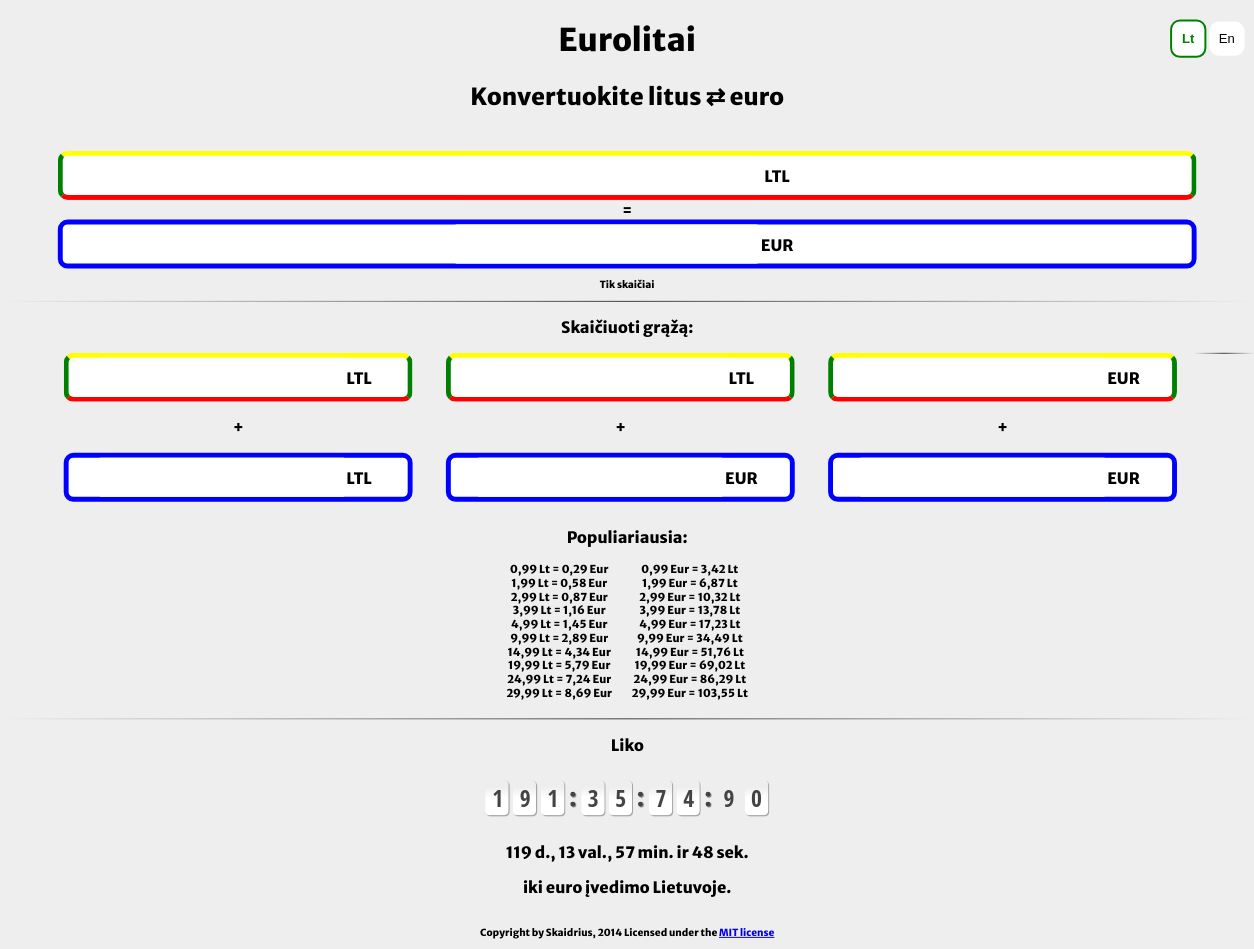
Repository: Skaidrius/eurolitai
Page: index.html
The author's editor kept a record of every edit. The page is drawn from the files as they stood at one moment, then again after the next edit.
The browser window is 1280 px wide. The pictures show the whole page, at 98% of full size.
Some web libraries are served in a nearby version.

Above is the page before.

### index.html
<!DOCTYPE html>
<html>
  <head>
    <meta charset="utf-8">
    <meta http-equiv="X-UA-Compatible" content="IE=edge,chrome=1">
    <title>Eurolitai</title>
    <meta name="title" content="Eurolitai">
    <meta name="description" content="litų į/iš euro konverteris convert LTL to/from EUR">
    <meta name="viewport" content="width=device-width" scallable="1">
    <link rel="stylesheet" type="text/css" href="style/style.css">

  </head>
  <body class="body">
    <!--calculate LTL <> Eur-->
    <div>
      <h1 class="center">Eurolitai</h1>
        <div class = "languages ">
          <button id="lithuanian" class="button round">Lt</button>
          <button id="english" class="button round">En</button>
        </div>
      <h2 class="center"><span class="lithuanian">Konvertuokite litus &#8644; euro<br> </span><span class="english">Easy convert LTL &#8644; EUR</span></h2><br>
    </div>
    <form class="form center">
      <!--LT box-->
      <div class="box lt round">
        <input class="input center" type="number" id="lt" name="lt">
        <label class="money" for="lt">LTL</label>
      </div>

      <div>&#61;<div>
      <!--En box-->
      <div class="box eur round">
        <input class="input center" type="number" id="eur" name="eur">
        <label class="money" for="eur">EUR</label>
      </div>

      <div id="error" class="alert">
        <p><span class="lithuanian">Tik skaičiai </span><span class="english"> Only numbers</span></p>
      </div>
    </form>
    <hr>
    <!--calculate change-->
    <div class="change">
      <div>
        <p><span class="lithuanian">Skaičiuoti grąžą: </span><span class="english"> Calculate change:</span></p>
        <div id="changeCalculator">
          <div class="third">
            <div class="box lt round">
              <input class="input center" type="number" id="changeLtLt1" name="lt">
              <label class="money" for="lt">LTL</label>
            </div>
            <p>+</p>
            <div class="box eur round">
              <input class="input center" type="number" id="changeLtLt2" name="lt">
              <label class="money" for="lt">LTL</label>
            </div>
          </div>
          <div class="third">
            <div class="box lt round">
              <input class="input center" type="number" id="changeLt" name="lt">
              <label class="money" for="lt">LTL</label>
            </div>
            <p>+</p>
            <div class="box eur round">
              <input class="input center" type="number" id="changeEur" name="eur">
              <label class="money" for="eur">EUR</label>
            </div>
          </div>
          <div class="third">
            <div class="box lt round">
              <input class="input center" type="number" id="changeEurEur1" name="eur">
              <label class="money" for="eur">EUR</label>
            </div>
            <p>+</p>
            <div class="box eur round">
              <input class="input center" type="number" id="changeEurEur2" name="eur">
              <label class="money" for="eur">EUR</label>
            </div>
          </div>
        </div>
      </div>

      <!--explain change-->
      <div id="explain">
      </div>
    </div>
    <hr>

    <div class="popular">
      <p><span class="lithuanian">Populiariausia: </span><span class="english"> Popular picks:</span></p>
      <ul class = "lteur"></ul>
      <ul class = "eurlt"></ul>
    </div>
    <hr>

    <!--countdown 'till 2015-01-01-->
    <div class = "center">
      <p><span class="english center">Until Euro in Lithuania </span>
      <span class="lithuanian center">Liko </span></p>
    </div>
		<div id="countdown"></div>

		<p id="note"></p>

      <div class="left">
        <span class="lithuanian center">iki euro įvedimo Lietuvoje.</span>
        <span class="english center">left.</span>
      </div>
    <script type="text/javascript" src="https://code.jquery.com/jquery-1.11.1.min.js"></script>
    <script type="text/javascript" src="script/main.js"></script>
    <script type="text/javascript" src="script/script.js"></script>
    <script type="text/javascript" src="script/countdown.js"></script>
  </body>
  <footer class="down center">Copyright by Skaidrius, 2014 Licensed under the <a href="http://opensource.org/licenses/MIT">MIT license</a></footer>
</html>

### style/style.css
@import url(http://fonts.googleapis.com/css?family=Merriweather+Sans:400,800&subset=latin,latin-ext);

/*body*/
.body {
  width:100%;
  margin: 0 auto;
  font: bold 16px 'Merriweather Sans', sans-serif;
  background: #eee;
  overflow-x: none;
}

#countDownBlock {
  padding: 10px;
}

.button {   padding: 10px;
  background: white;
  border: 3px #000;
}

.center {
  text-align: center;
  clear: both;
}

.box {
  text-align: center;
  background: white;
  margin: 0 auto;
  position: relative;
  max-width: 90%;
}

.input {
  display: inline-block;
  max-width: 65%;
  padding: 8px 12px;
  margin: 0;
  font-size: 1.3em;
  font-weight: bold;
  border: 0;
  position: relative;
  outline: 0;
  color: #53f;
}

.round {   border-radius: 10px; }

.active {
  border: 2px solid green;
  background: white;
  color: green;
  font-weight: bold;
}

.lt {
  border-top: 5px solid yellow;
  border-left: 5px solid green;
  border-right: 5px solid green;
  border-bottom: 5px solid red;
}

.eur {
  border: 5px solid blue;
  margin-bottom: 10px;
}

.money {
  padding-right: 5px;
}

.input::-webkit-outer-spin-button,
.input::-webkit-inner-spin-button {
    /* display: none; <- Crashes Chrome on hover */
    -webkit-appearance: none;
    margin: 0; /* <-- Apparently some margin are still there even though it's hidden */
}

.error {
  display: inline-block;
  font-size: 1em;
  font-weight: bold;
  padding: 10px;
  margin: 0 auto;
  margin-bottom: 1em;
  color: white;
  background-color: red;
}

.visible {  visibility: visible; }

.hidden { display: none; }

.languages {
  position: absolute;
  right: 10px;
  top: 20px;
}

.alert {   font-size: 10px; }

#countdown {
  margin: 10px auto;
}

.countdownHolder{
  padding-top: 10px;
	margin:0 auto;
	font: 24px/1.5 'Open Sans Condensed',sans-serif;
	text-align:center;
	letter-spacing:-3px;
}

.position{
	display: inline-block;
	height: 1.6em;
	overflow: hidden;
	position: relative;
	width: 1.05em;
}

.digit{
	position:absolute;
	display:block;
	width:1em;
	background-color:#eee;
	border-radius:0.2em;
	text-align:center;
	color:#444;
	letter-spacing:-1px;
}

.digit.static{
	box-shadow:1px 1px 1px rgba(4, 4, 4, 0.35);

	background-image: linear-gradient(bottom, #3A3A3A 50%, #444444 50%);
	background-image: -o-linear-gradient(bottom, #3A3A3A 50%, #444444 50%);
	background-image: -moz-linear-gradient(bottom, #3A3A3A 50%, #444444 50%);
	background-image: -webkit-linear-gradient(bottom, #3A3A3A 50%, #444444 50%);
	background-image: -ms-linear-gradient(bottom, #3A3A3A 50%, #444444 50%);

	background-image: -webkit-gradient(
		linear,
		left bottom,
		left top,
		color-stop(0.8, #eee),
		color-stop(0.5, #fff)
	);
}

/**
 * You can use these classes to hide parts
 * of the countdown that you don't need.
 */

.countDiv{
	display:inline-block;
	width:16px;
	height:1.6em;
	position:relative;
}

.countDiv:before,
.countDiv:after{
	position:absolute;
	width:5px;
	height:5px;
	background-color:#444;
	border-radius:50%;
	left:50%;
	margin-left:-3px;
	top:0.5em;
	box-shadow:1px 1px 1px rgba(4, 4, 4, 0.5);
	content:'';
}

.countDiv:after{
	top:0.9em;
}

.popular {
  display: inline-block;
}

.popular ul {
  margin-top: 0;
  padding: 0 10px;
  float: left;
  font-size: 0.7em;
  font: sans-serif;
}
.popular ul li{
  list-style: none;
}

hr {
    /* http://css-tricks.com/examples/hrs/ */
    border: 0;
    height: 1px;
    background-image: -webkit-linear-gradient(left, rgba(0,0,0,0), rgba(0,0,0,0.75), rgba(0,0,0,0));
    background-image:    -moz-linear-gradient(left, rgba(0,0,0,0), rgba(0,0,0,0.75), rgba(0,0,0,0));
    background-image:     -ms-linear-gradient(left, rgba(0,0,0,0), rgba(0,0,0,0.75), rgba(0,0,0,0));
    background-image:      -o-linear-gradient(left, rgba(0,0,0,0), rgba(0,0,0,0.75), rgba(0,0,0,0));
}
#showChange {
  margin-bottom: 10px;
}


.down {
  font-size: 10px;
  padding: 30px 0 10px 0;
}

.third:first-child{
  padding-left: 4%;
}
.changeCalculator:after{
  content: '';
  display:table;
  clear: both;
}
.changeCalculator {
  width: 100%;
}
.third {
  width: 30%;
  padding: 0 3px;
  float: left;
}
.explain:before {
  clear: both;
}

### script/main.js
(function($) {

  var ltInp = $('#lt'),
      eurInp = $('#eur'),
      changeLtLt1Inp = $('#changeLtLt1'),
      changeLtLt2Inp = $('#changeLtLt2'),
      changeLtInp = $('#changeLt'),
      changeEurInp = $('#changeEur'),
      changeEurEur1Inp = $('#changeEurEur1'),
      changeEurEur2Inp = $('#changeEurEur2'),
      lithuanianInp = $("#lithuanian"),
      englishInp = $("#english"),
      error = $('#error');

  // initialisation
  $(".english").addClass("hidden");
  lithuanianInp.addClass("active");

  //change language
  lithuanianInp.click(function(){
    $(this).addClass("active");
    englishInp.removeClass("active");
    $(".english").hide();
    $(".lithuanian").show();
  });
  englishInp.click(function(){
    $(this).addClass("active");
    lithuanianInp.removeClass("active");
    $(".lithuanian").hide();
    $(".english").show();
  });

  var show = function(){
    $(this).removeClass("hidden").addClass("visible");
  };

  var hide = function(){
    $(this).removeClass("visible").addClass("hidden");
  };

  // convert currency functions
  var toEur = function(lt){
    var eur;
    eur = (lt / 3.4528).toFixed(2);
    return eur;
  };

  var toLt = function(eur){
    var lt;
    lt = (eur * 3.4528).toFixed(2);
    return lt;
  };

  //convert currencies
  ltInp.keyup(function () {
    var lt = $(this).val(),
        eur = toEur(lt);
    if ($.isNumeric(lt)) {
      hideError();
      eurInp.val(eur).toString().replace(".", ",");
      showNumbers();
    } else {
      showError();
    }
  });

  eurInp.keyup(function () {
    var eur = $(this).val(),
        lt = toLt(eur);
    if ($.isNumeric(eur)) {
      hideError();
      ltInp.val(lt).toString().replace(".", ",");
      showNumbers();
    } else {
      showError();
    }
  });

  var hideError = function(){
    error.addClass("hidden");
    clear();
  };
  var showError = function() {
    error.removeClass("hidden").addClass("error");
  };

  //clearing functions
  var clear = function(){
    changeLtLt1Inp.val('');
    changeLtLt2Inp.val('');
    changeLtInp.val('');
    changeEurInp.val('');
    changeEurEur1Inp.val('');
    changeEurEur2Inp.val('');
  };
  var clear1 = function(){
    changeLtInp.val('');
    changeEurInp.val('');
    changeEurEur1Inp.val('');
    changeEurEur2Inp.val('');
  };
  var clear2 = function(){
    changeLtLt1Inp.val('');
    changeLtLt2Inp.val('');
    changeEurEur1Inp.val('');
    changeEurEur2Inp.val('');
  };
  var clear3 = function(){
    changeLtLt1Inp.val('');
    changeLtLt2Inp.val('');
    changeLtInp.val('');
    changeEurInp.val('');
  };

  // currency change calculator
  // first conversion LTL(EUR)=LTL+LTL
  changeLtLt1Inp.keyup(function () {
    clear1();
    var change,
        lt = $(this).val();
    change =  ($('#lt').val() - lt).toFixed(2);
    changeLtLt2Inp.val(change).toString().replace(".", ",");
    showNumbers();
  });

  changeLtLt2Inp.keyup(function () {
    clear1();
    var change,
        lt = $(this).val();
    change = ($('#lt').val() - lt).toFixed(2);
    changeLtLt1Inp.val(change).toString().replace(".", ",");
    showNumbers();
  });

  // second conversion LTL(EUR)=LTL+EUR
  changeLtInp.keyup(function () {
    clear2();
    var change,
        lt = $(this).val();
    change =  toEur($('#lt').val() - lt);
    changeEurInp.val(change).toString().replace(".", ",");
    showNumbers();
  });

  changeEurInp.keyup(function () {
    clear2();
    var change,
        eur = $(this).val();
    change = toLt($('#eur').val() - eur);
    changeLtInp.val(change).toString().replace(".", ",");
    showNumbers();
  });

  // third conversion LTL(EUR)=EUR+EUR
  changeEurEur1Inp.keyup(function () {
    clear3();
    var change,
        eur = $(this).val();
    change = ($('#eur').val() - eur).toFixed(2);
    changeEurEur2Inp.val(change).toString().replace(".", ",");
    showNumbers();
  });

  changeEurEur2Inp.keyup(function () {
    clear3();
    var change,
        eur = $(this).val();
    change = ($('#eur').val() - eur).toFixed(2);
    changeEurEur1Inp.val(change).toString().replace(".", ",");
    showNumbers();
  });

  // show calculation
  var showNumbers = function(){
    var explain = $('#explain'),
        lts = $('#lt').val().toString().replace(".", ","),
        eurs = $('#eur').val().toString().replace(".", ","),
        changeLtLt1 = changeLtLt1Inp.val().toString().replace(".", ","),
        changeLtLt2 = changeLtLt2Inp.val().toString().replace(".", ","),
        changeEurs = changeEurInp.val().toString().replace(".", ","),
        changeLts = changeLtInp.val().toString().replace(".", ","),
        changeEurEur1 = changeEurEur1Inp.val().toString().replace(".", ","),
        changeEurEur2 = changeEurEur2Inp.val().toString().replace(".", ","),
        calculationText;
    if (changeLtLt1 !=="" && changeLtLt2 !=="") {
      calculationText = "<p>" + lts +" Lt (" + eurs + " Eur) = " + changeLtLt1 +" Lt + " + changeLtLt2 + " Lt" + "</p>";
    } else if (changeEurs !=="" && changeLts !=="") {
      calculationText = "<p>" + lts +" Lt (" + eurs + " Eur) = " + changeLts +" Lt + " + changeEurs + " Eur" + "</p>";
    } else if (changeEurEur1 !=="" && changeEurEur2!=="" ) {
      calculationText = "<p>" + lts +" Lt (" + eurs + " Eur) = " + changeEurEur1 +" Eur + " + changeEurEur2 + " Eur" + "</p>";
    } else {
      calculationText = "<p>" + lts +" Lt (" + eurs + " Eur) " + "</p>";
    }
    explain.html(calculationText);
  };

  var a = [0.99, 1.99, 2.99, 3.99, 4.99, 9.99, 14.99, 19.99, 24.99, 29.99],
    lteur = $('.lteur'),
    eurlt = $('.eurlt');

  for (var i = 0, b = a.length; i < b; i++ ) {
    lteur.append("<li>"+a[i].toString().replace(".", ",") +" Lt = "+(a[i]/ 3.4528).toFixed(2).toString().replace(".", ",") +" Eur"+"</li>");
    eurlt.append("<li>"+a[i].toString().replace(".", ",") +" Eur = "+(a[i]* 3.4528).toFixed(2).toString().replace(".", ",") +" Lt"+"</li>");
  }

}) (jQuery);

### script/script.js
/**
 * @name		jQuery Countdown Plugin
 * @author		Martin Angelov
 * @version 	1.0
 * @url			http://tutorialzine.com/2011/12/countdown-jquery/
 * @license		MIT License
 */

$(function(){

	var note = $('#note'),
		ts = new Date(2015, 0, 1);


	if((new Date()) > ts){
		// Notice the *1000 at the end - time must be in milliseconds
		ts = (new Date()).getTime();
	}

	$('#countdown').countdown({
		timestamp	: ts,
		callback	: function(days, hours, minutes, seconds){

			var message = "";
				if ($('#english').hasClass("active")){
				message += days + " day" + ( days==1 ? '':'s' );
				message += hours + " hour" + ( hours==1 ? '':'s' );
				message += minutes + " minute" + ( minutes==1 ? '':'s' ) + " and ";
				message += seconds + " second" + ( seconds==1 ? '':'s' ) ;
				} else {
				message += days + " d." + ", ";
				message += hours + " val." + ", ";
				message += minutes + " min." + " ir ";
				message += seconds + " sek.";
				}

			note.html(message);
		}
	});

});

### script/countdown.js
/**
 * @name		jQuery Countdown Plugin
 * @author		Martin Angelov
 * @version 	1.0
 * @url			http://tutorialzine.com/2011/12/countdown-jquery/
 * @license		MIT License
 */

(function($){
	// Number of seconds in every time division
	var days	= 24*60*60,
		hours	= 60*60,
		minutes	= 60;

	// Creating the plugin
	$.fn.countdown = function(prop){
		var options = $.extend({
			callback	: function(){},
			timestamp	: 0
		},prop);

		var left, d, h, m, s, positions;

		// Initialize the plugin
		init(this, options);

		positions = this.find('.position');

		(function tick(){

			// Time left
			left = Math.floor((options.timestamp - (new Date())) / 1000);

			if(left < 0){
				left = 0;
			}

			// Number of days left
			d = Math.floor(left / days);

			updateDuoDays(0, 1, d);
			left -= d*days;

			// Number of hours left
			h = Math.floor(left / hours);
			updateDuo(2, 3, h);
			left -= h*hours;

			// Number of minutes left
			m = Math.floor(left / minutes);
			updateDuo(4, 5, m);
			left -= m*minutes;

			// Number of seconds left
			s = left;
			updateDuo(6, 7, s);

			// Calling an optional user supplied callback
			options.callback(d, h, m, s);

			// Scheduling another call of this function in 1s
			setTimeout(tick, 1000);
		})();

		// This function updates two digit positions at once
		function updateDuo(minor,major,value){
			switchDigit(positions.eq(minor),Math.floor(value/10)%10);
			switchDigit(positions.eq(major),value%10);
		}
		function updateDuoDays(minor, major,value){
			switchDigit(positions.eq(minor),Math.floor(value/10)%10);
			switchDigit(positions.eq(major),value%10);
		}


		return this;
	};


	function init(elem, options){
		elem.addClass('countdownHolder');

		// Creating the markup inside the container
		$.each(['Days'],function(i){
			$('<span class="countDays">').html(
				'<span class="position">\
					<span class="digit static">0</span>\
				</span>\
				<span class="position">\
					<span class="digit static">0</span>\
				</span>\
				<span class="position">\
					<span class="digit static">0</span>\
				</span>'
			).appendTo(elem);

			if(this!="Seconds"){
				elem.append('<span class="countDiv countDiv'+i+'"></span>');
			}
		});
		// Creating the markup inside the container
		$.each(['Hours','Minutes','Seconds'],function(i){
			$('<span class="count'+this+'">').html(
				'<span class="position">\
					<span class="digit static">0</span>\
				</span>\
				<span class="position">\
					<span class="digit static">0</span>\
				</span>'
			).appendTo(elem);

			if(this!="Seconds"){
				elem.append('<span class="countDiv countDiv'+i+'"></span>');
			}
		});

	}

	// Creates an animated transition between the two numbers
	function switchDigit(position,number){

		var digit = position.find('.digit')

		if(digit.is(':animated')){
			return false;
		}

		if(position.data('digit') == number){
			// We are already showing this number
			return false;
		}

		position.data('digit', number);

		var replacement = $('<span>',{
			'class':'digit',
			css:{
				top:'-2.1em',
				opacity:0
			},
			html:number
		});

		// The .static class is added when the animation
		// completes. This makes it run smoother.

		digit
			.before(replacement)
			.removeClass('static')
			.animate({top:'2.5em',opacity:0},'fast',function(){
				digit.remove();
			})

		replacement
			.delay(100)
			.animate({top:0,opacity:1},'fast',function(){
				replacement.addClass('static');
			});
	}
})(jQuery);

After the next edit:
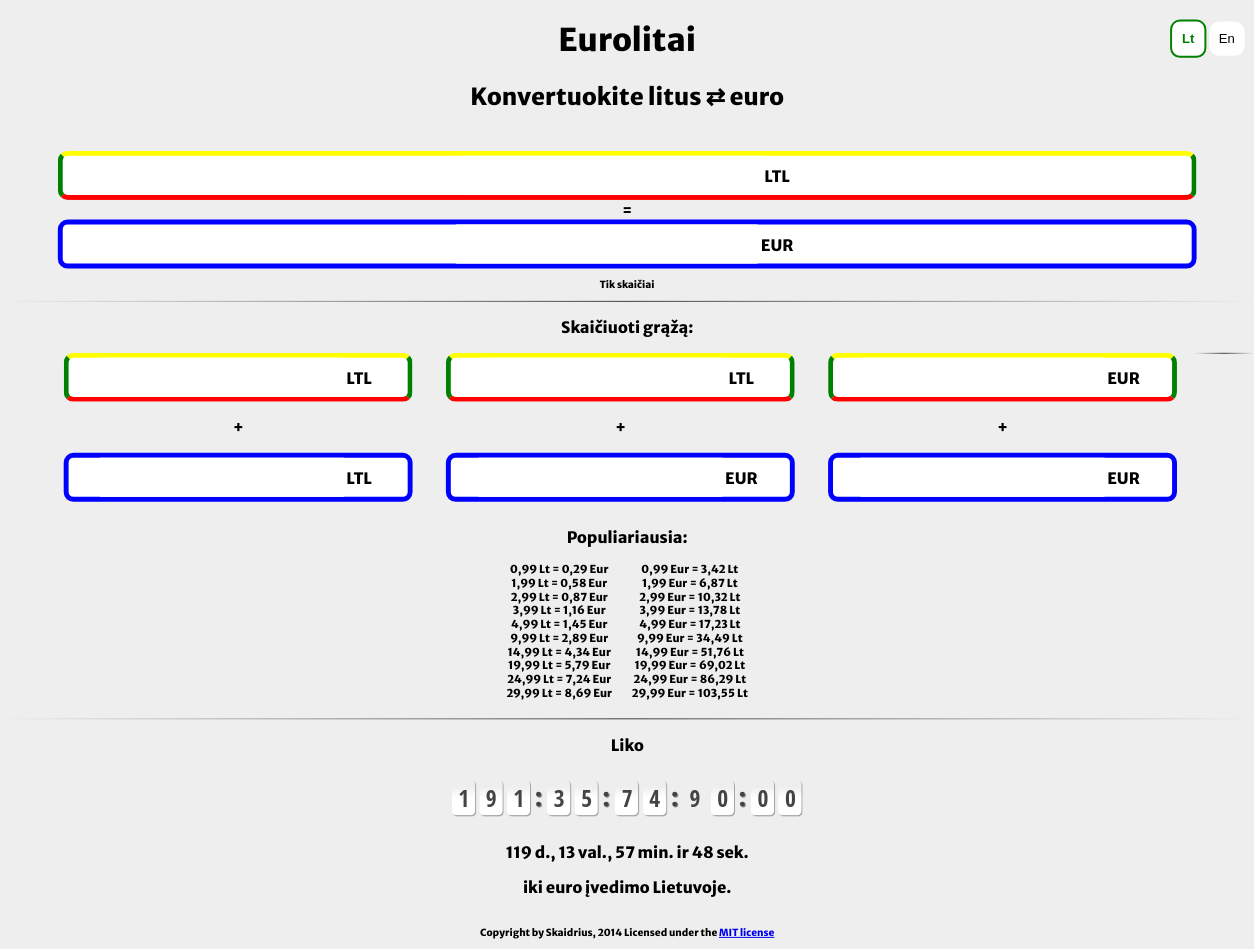
The edit:
--- a/script/countdown.js
+++ b/script/countdown.js
@@ -99,7 +99,7 @@
 			}
 		});
 		// Creating the markup inside the container
-		$.each(['Hours','Minutes','Seconds'],function(i){
+		$.each(['Hours','Days','Minutes','Seconds'],function(i){
 			$('<span class="count'+this+'">').html(
 				'<span class="position">\
 					<span class="digit static">0</span>\
